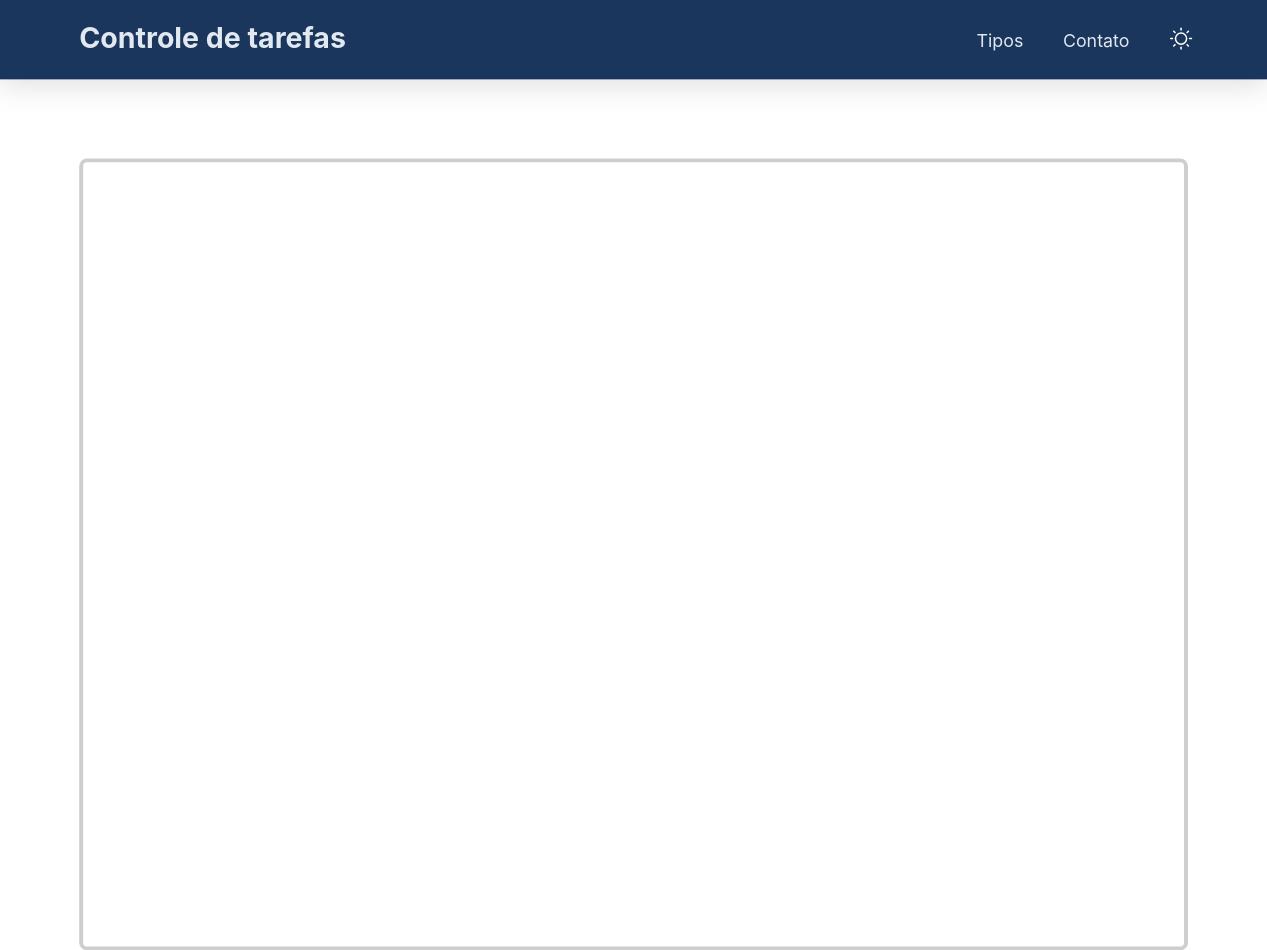
Repository: leosulzbach/Hackaton-Relampago
Page: /tipos (app in Front/)
The author's editor kept a copy of each file at every save. The page is drawn from the files as they stood at one save, then again after the next save.
The browser window is 1280 px wide. The pictures show the whole page, at 99% of full size.
The page's requests for data from a server got no answer. The project was rebuilt for these pictures with package versions that can differ from the ones it lists, and the page was loaded fresh each time. No one was signed in, and anything a server would have sent is missing. Also part of the build but not shown: Front/vite.config.ts, Front/src/Components/Cards/CadInfo.styles.ts, Front/src/Components/Cards/CardInfo.tsx, Front/src/Components/Cards/Cards.styles.ts, Front/src/Components/Cards/Card.tsx, Front/src/Pages/home.tsx.

Above is the page before, as saved 2022-11-07 16:51:29.

After the next save:
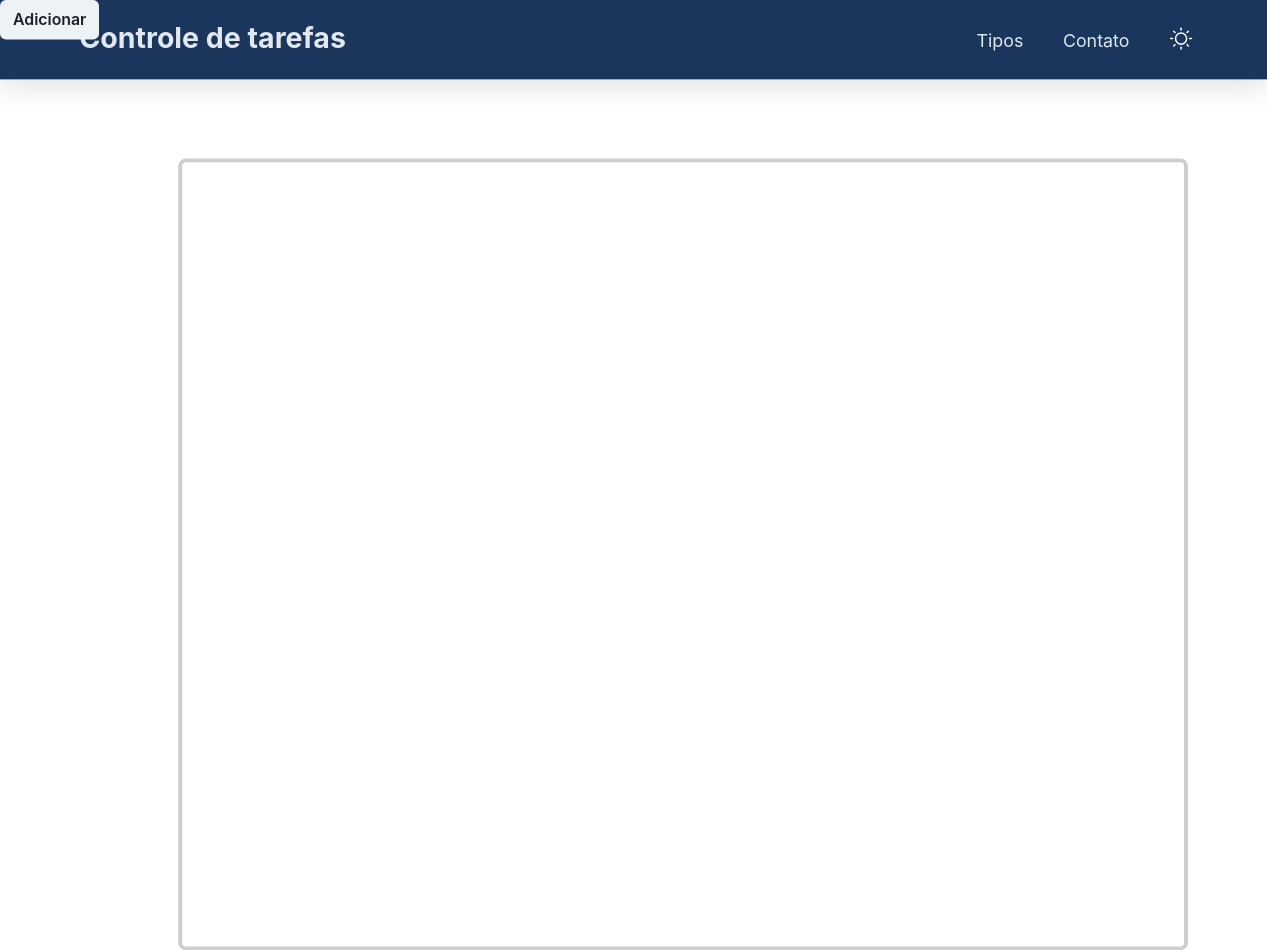
Saved 23 s later.
--- a/Front/src/Pages/tipos.tsx
+++ b/Front/src/Pages/tipos.tsx
@@ -35,6 +35,7 @@ export const Tipos = () => {
     return (
         <Flex>
             <Header />
+            <Button>Adicionar</Button>
             <Flex
             w={'100%'}
             align={"center"}
